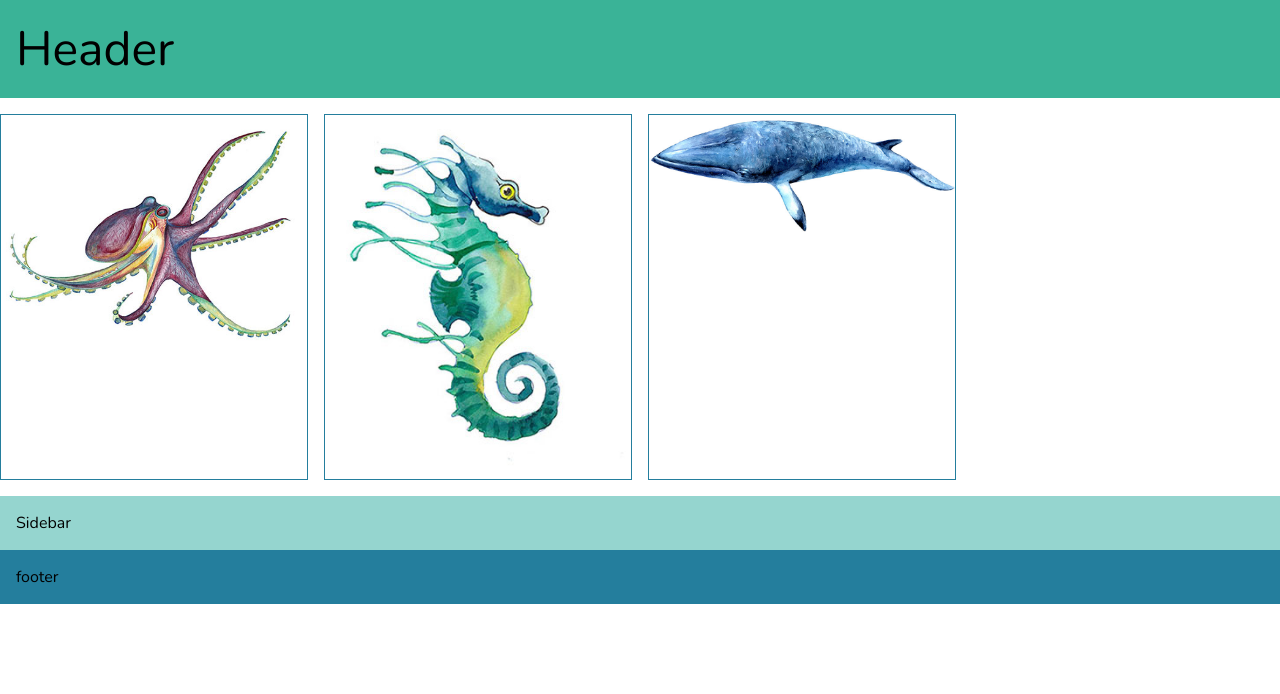
Repository: mariocapitbrok/css-combining-grid-and-flexbox-0207
Page: index.html
The author's editor kept a copy of each file at every save. The page is drawn from the files as they stood at one save, then again after the next save.
The browser window is 1280 px wide. The pictures show the whole page.

Above is the page before, as saved 2022-10-07 09:18:10.

### index.html
<!DOCTYPE html>
<html lang="en">
<head>
    <meta charset="UTF-8">
    <meta name="viewport" content="width=device-width, initial-scale=1.0">
    <title>Responsive grid webpage</title>
    <link rel="stylesheet" href="styles/base.css">
</head>
<body>
   <section class="container">
       <header>Header</header>
       <aside>Sidebar</aside>
       <main>
            <article><img src="images/01.jpg" alt="sealife"></article>
            <article><img src="images/02.jpg" alt="sealife"></article>
            <article><img src="images/03.jpg" alt="sealife"></article>
       </main>
       <footer>footer</footer>
   </section>
</body>
</html>

### styles/base.css
@import url('https://fonts.googleapis.com/css2?family=Nunito:ital,wght@0,300;0,400;0,700;0,900;1,600&display=swap');

* {
    margin: 0;
    padding: 0;
    font-family: 'Nunito', sans-serif;
    box-sizing: border-box;
}

img {
    max-width: 100%;
    height: auto;
}

header, aside, footer {
    padding: 1rem;
}

header {
    background-color: #3ab397;
    font-size: 3rem;
    grid-area: header;
}

aside {
    background-color: #95d5cf;
    grid-area: aside;
}

main {
    margin: 1em 0;
    grid-area: main;
    display: grid;
    grid-template-columns: repeat(auto-fill, minmax(300px, 1fr));
    grid-gap: 1em;
}

article {
    border: solid 1px #247e9d;
    text-align: center;
}

footer {
    background-color: #247e9d;
    grid-area: footer;
}

.container {
    display: grid;
    grid-template-areas:
        "header"
        "main"
        "aside"
        "footer"
}



@media screen and (min-width:800px) {


}

After the next save:
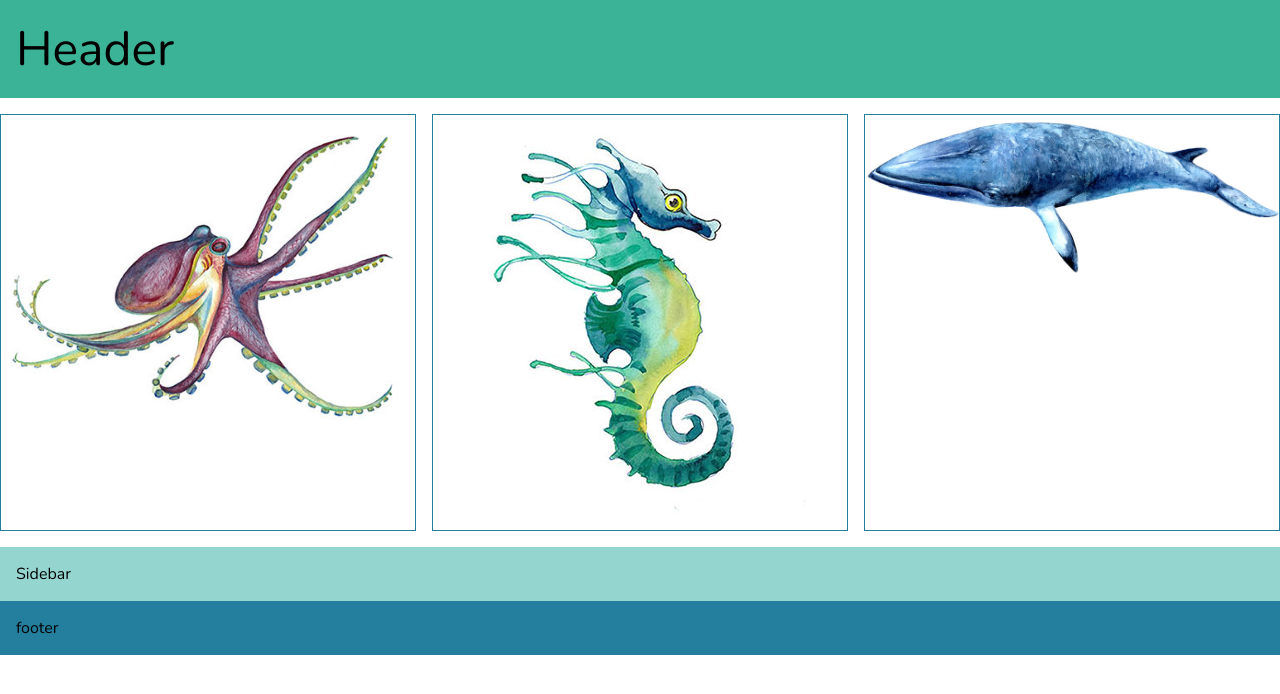
Saved 25 s later.
--- a/styles/base.css
+++ b/styles/base.css
@@ -31,7 +31,7 @@ main {
     margin: 1em 0;
     grid-area: main;
     display: grid;
-    grid-template-columns: repeat(auto-fill, minmax(300px, 1fr));
+    grid-template-columns: repeat(auto-fit, minmax(300px, 1fr));
     grid-gap: 1em;
 }
 
